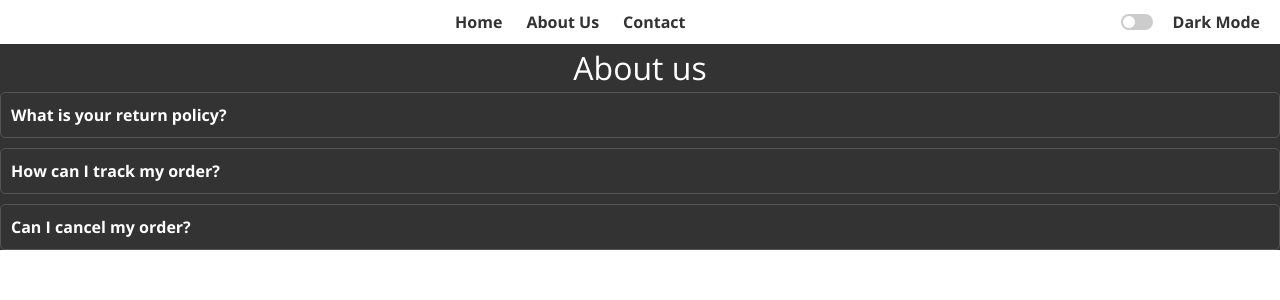
Repository: sriram1224/Text-converter
Page: /about
The author's editor kept a copy of each file at every save. The page is drawn from the files as they stood at one save, then again after the next save.
The browser window is 1280 px wide. The pictures show the whole page.
The project was rebuilt for these pictures with package versions that can differ from the ones it lists, and the page was loaded fresh each time. Also part of the build but not shown: src/Home.css, src/Home.jsx.

Above is the page before, as saved 2024-03-27 16:00:49.

### src/index.css
@tailwind base;
@tailwind components;
@tailwind utilities;

body{
    font-family: "Open Sans", sans-serif;

}

### src/App.js
import React, { useState } from "react";
import { BrowserRouter as Router, Routes, Route } from "react-router-dom";

import Header from "./Header";
import Home from "./Home";
import About from "./About";
import Contact from "./Contact";

function App() {
  const [isDarkMode, setIsDarkMode] = useState(false); // Define isDarkMode state here

  return (
    <Router>
      <div>
        <Header isDarkMode={isDarkMode} setIsDarkMode={setIsDarkMode} />

        <Routes>
          <Route path="/" element={<Home />} />
          <Route path="/about" element={<About isDarkMode={isDarkMode} />} /> {/* Pass isDarkMode as a prop here */}
          <Route path="/contact" element={<Contact />} />
        </Routes>
      </div>
    </Router>
  );
}

export default App;

### src/Header.jsx
import React, { useEffect,useState } from 'react';
import Navbar from './Navbar';

function Header({ isDarkMode, setIsDarkMode }) {
  const [showSuccessMessage, setShowSuccessMessage] = useState(false);

  const toggleDarkMode = () => {
    setIsDarkMode(!isDarkMode);
    setShowSuccessMessage(true);
    setTimeout(() => {
      setShowSuccessMessage(false);
    }, 2000);
  };

  useEffect(() => {
    document.body.classList.toggle('dark', isDarkMode);
  }, [isDarkMode]);

  return (
    <div>
      <Navbar isDarkMode={isDarkMode} toggleDarkMode={toggleDarkMode} />
      {showSuccessMessage && (
        <div className="success-message">
          Success: {isDarkMode ? 'Dark' : 'Light'} mode has been enabled
        </div>
      )}
    </div>
  );
}

export default Header;

### src/About.jsx

import { useState } from "react";
import './about.css'
function FAQItem({ question, answer, isDarkMode }) {
  const [isOpen, setIsOpen] = useState(false);

  const toggleAnswer = () => {
    setIsOpen(!isOpen);
  };

  return (
    <div className={`faq-item ${isDarkMode ? 'light-item' : 'dark-item'}`}>
      <div onClick={toggleAnswer} className={`faq-question ${isDarkMode ? 'dark-text' : 'light-text'}`}>
        <strong>{question}</strong>
      </div>
      {isOpen && <div className={`faq-answer ${isDarkMode ? 'dark-text' : 'light-text'}`}>{answer}</div>}
    </div>
  );
}

function About({isDarkMode}) {
  return (
    <div className={`faq ${isDarkMode ? 'light-item' : 'dark-item'}`}>
      <h1>About us</h1>
       <FAQItem
        question="What is your return policy?"
        answer="Our return policy allows returns within 30 days of purchase."
        isDarkMode={isDarkMode}
      />
      <FAQItem
        question="How can I track my order?"
        answer="You can track your order by logging into your account."
        isDarkMode={isDarkMode}
      />
      <FAQItem
        question={"Can I cancel my order?"}
        answer={"You can cancel your order within 24 hours of placing it."}
        isDarkMode={isDarkMode}
      />

    </div>
  );
}
export default About;

### src/Navbar.jsx
import React, { useState } from 'react';
import { Link } from 'react-router-dom';
import './Navbar.css';

function Navbar({ isDarkMode, toggleDarkMode }) {
  const [isMenuOpen, setIsMenuOpen] = useState(false);

  const toggleMenu = () => {
    setIsMenuOpen(!isMenuOpen);
  };

  return (
    <nav className={`navbar-container ${isDarkMode ? 'dark' : 'light'}`}>
      <Link to="/" className="navbar-brand">

      </Link>
      <div className="navbar-toggle" onClick={toggleMenu}>
        <svg className="navbar-toggle-icon" viewBox="0 0 20 20" xmlns="http://www.w3.org/2000/svg">
          <title>Mobile menu</title>
          <path d="M0 3h20v2H0V3zm0 6h20v2H0V9zm0 6h20v2H0v-2z"></path>
        </svg>
      </div>
      <ul className={`navbar-menu ${isMenuOpen ? 'open' : ''}`}>
        <li><Link to="/" className="navbar-link">Home</Link></li>
        <li><Link to="/about" className="navbar-link">About Us</Link></li>
        <li><Link to="/contact" className="navbar-link">Contact</Link></li>
      </ul>
      <label className="toggle-dark-mode">
        <input type="checkbox" checked={isDarkMode} onChange={toggleDarkMode} className="sr-only peer" />
        <div className="toggle-track peer-focus:ring-dark peer-checked:after"></div>
        <span className={`toggle-label ${isDarkMode ? 'dark' : 'light'}`}>{isDarkMode ? "Light Mode" : "Dark Mode"}</span>
      </label>
      {isMenuOpen && <div className="navbar-backdrop" onClick={toggleMenu}></div>}
    </nav>
  );
}

export default Navbar;

### src/about.css
/* Dark Mode */
.faq.dark-item {
    background-color: #333;

    color: #fff;

}

.faq.dark-item h1 {
    font-size: 2rem;
    color: #fff;
    text-align: center;

}

.faq-item.dark-item {
    border: 1px solid #555;

    border-radius: 5px;
    margin-bottom: 10px;
}

.faq-question.dark-text {
    cursor: pointer;
    padding: 10px;
}

.faq-answer.dark-text {
    padding: 10px;
}

.faq.light-item {
    background-color: #fff;

    color: #333;

}

.faq.light-item h1 {
    font-size: 2rem;
    color: #333;
    text-align: center;
    /* Dark text color for the heading */
}

.faq-item.light-item {
    border: 1px solid #ccc;
    /* Light border */
    border-radius: 5px;
    margin-bottom: 10px;
}

.faq-question.light-text {
    cursor: pointer;
    padding: 10px;
}

.faq-answer.light-text {
    padding: 10px;
}

### src/Navbar.css

@import url('https://fonts.googleapis.com/css2?family=Open+Sans:ital,wght@0,300..800;1,300..800&family=Signika:wght@300..700&display=swap');

nav{
    font-family: "Open Sans", sans-serif;
    font-size: 16px;
    font-weight: bold;
}
.navbar-container.light {
    background-color: #fff;
    color: #333;
    padding: 10px 20px;
    display: flex;
    justify-content: space-between;
    align-items: center;
    box-shadow: 0 2px 4px rgba(73, 73, 73, 0.1);
}


.navbar-container.dark {
    background-color: #333;
    color: #1c3feb;
    padding: 10px 20px;
        display: flex;
        justify-content: space-between;
        align-items: center;
        box-shadow: 0 4px 4px rgba(197, 188, 188, 0.1);
}


.success-message {
    color: #008000;

    background-color: #7fffd4;

    position: absolute;
    top: 35px;
    padding: 10px;
    border-radius: 5px;
    margin-top: 10px;
}

.navbar-brand {
    font-size: 24px;
    font-weight: bold;
    line-height: 1;
    color: inherit;
    text-decoration: none;
}

/* Navbar Toggle Button */
.navbar-toggle {
    display: none;
    cursor: pointer;
}

/* Navbar Toggle Icon */
.navbar-toggle-icon {
    height: 24px;
    width: 24px;
    fill: currentColor;
}

/* Navbar Menu */
.navbar-menu {
    list-style: none;
    display: flex;
    align-items: center;
    gap: 24px;
}

.navbar-menu.open {
    display: flex;
}

/* Navbar Link */
.navbar-link {
    font-size: 16px;

    text-decoration: none;
}

/* Toggle Dark Mode */
.toggle-dark-mode {
    display: flex;
    align-items: center;
    cursor: pointer;
    gap: 20px;
}

.toggle-track {
    width: 32px;
    height: 16px;
    background-color: #ccc;
    border-radius: 8px;
    position: relative;
}

.toggle-track:after {
    content: '';
    position: absolute;
    top: 2px;
    left: 2px;
    width: 12px;
    height: 12px;
    border-radius: 50%;
    background-color: #fff;
    transition: transform 0.3s;
}

.toggle-dark-mode input[type="checkbox"]:checked+.toggle-track:after {
    transform: translateX(16px);
}

.toggle-label .light {
    margin-left: 8px;
    font-size: 14px;
    color: #000000;
}
.toggle-label .dark {
    margin-left: 8px;
    font-size: 14px;
    color: #ffefef;
}

### tailwind.config.js
const path = require('path');

module.exports = {
  content: [
    './src/**/*.{html,jsx}',
  ],
  theme: {
    extend: {},
  },
  plugins: [],
};

Loaded but not shown: public/index.html (common file); src/index.js (common file); src/reportWebVitals.js (common file); src/Contact.jsx (no stored copy; drawn as an empty file)

After the next save:
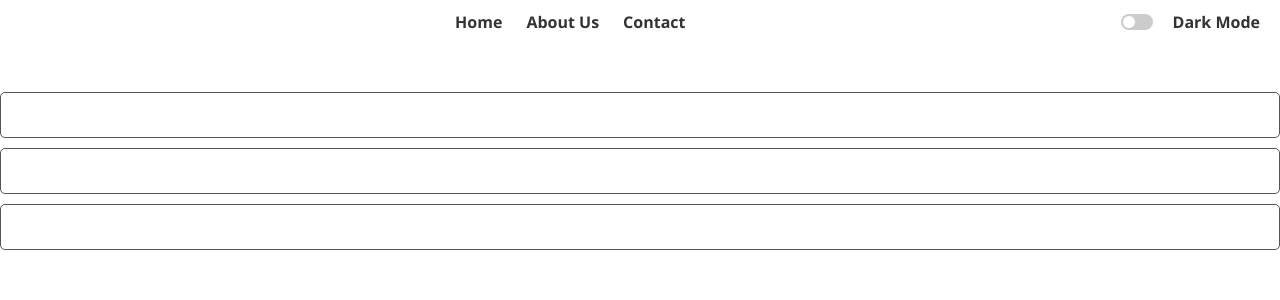
Saved 11 s later.
--- a/src/about.css
+++ b/src/about.css
@@ -1,6 +1,6 @@
 /* Dark Mode */
 .faq.dark-item {
-    background-color: #333;
+    background-color: #ffffff;
 
     color: #fff;
 
